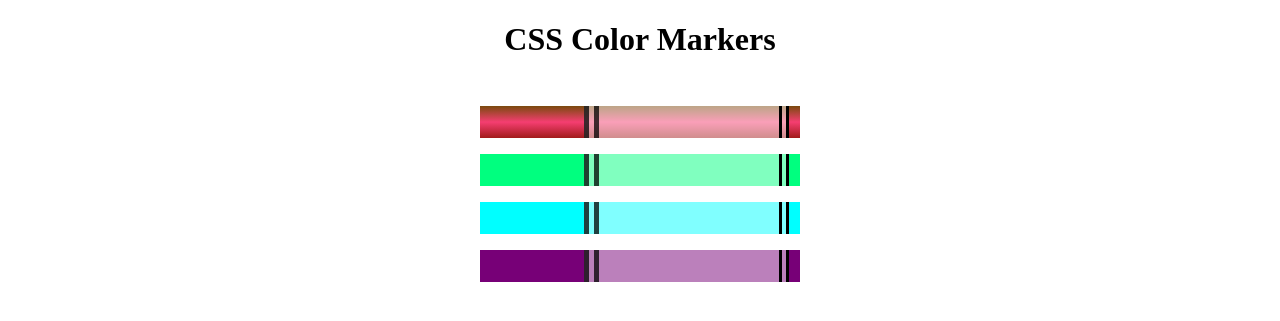
Repository: Lungdjos/color_markers
Page: index.html
The author's editor kept a copy of each file at every save. The page is drawn from the files as they stood at one save, then again after a run of saves.
The browser window is 1280 px wide. The pictures show the whole page.

Above is the page before, as saved 2023-09-28 11:33:26.

### index.html
<!DOCTYPE html>
<html lang="en">

<head>
    <meta charset="UTF-8">
    <meta name="viewport" content="width=device-width, initial-scale=1.0">
    <title>Colored Markers</title>
    <link rel="stylesheet" href="styles.css">
</head>

<body>
    <h1>CSS Color Markers</h1>
    <div class="container">
        <div class="marker orange">
            <div class="cap"></div>
            <div class="sleeve"></div>
        </div>
        <div class="marker green">
            <div class="cap"></div>
            <div class="sleeve"></div>
        </div>
        <div class="marker cyan">
            <div class="cap"></div>
            <div class="sleeve"></div>
        </div>
        <div class="marker purple">
            <div class="cap"></div>
            <div class="sleeve"></div>
        </div>
    </div>
</body>

</html>

### styles.css
/* STYLING */

h1 {
    text-align: center;
}

.marker {
    /* background-color: red; */
    width: 320px;
    height: 32px;
    margin: 16px auto;
}

.orange {
    background: linear-gradient(rgb(122, 74, 14), rgb(245, 62, 113), rgb(162, 27, 27));
}

.green {
    background-color: rgb(0, 255, 127);
    box-shadow: -5px -5px blurRadius green;
}

.cyan {
    background-color: #00ffff;
}

.purple {
    background-color: #707;
}

.container {
    background-color: hsl(255, 100%, 100%);
    margin: auto;
    padding: 10px 0px;
}

.sleeve {
    width: 180px;
    height: 32px;
    background-color: rgba(255, 255, 255, 0.5);
    border-left: 15px double rgba(0, 0, 0, 0.75);
    border-right: 10px double black;
}

.cap {
    width: 100px;
    height: 32px;
}

.cap,
.sleeve {
    display: inline-block;
}

After the next 4 saves:
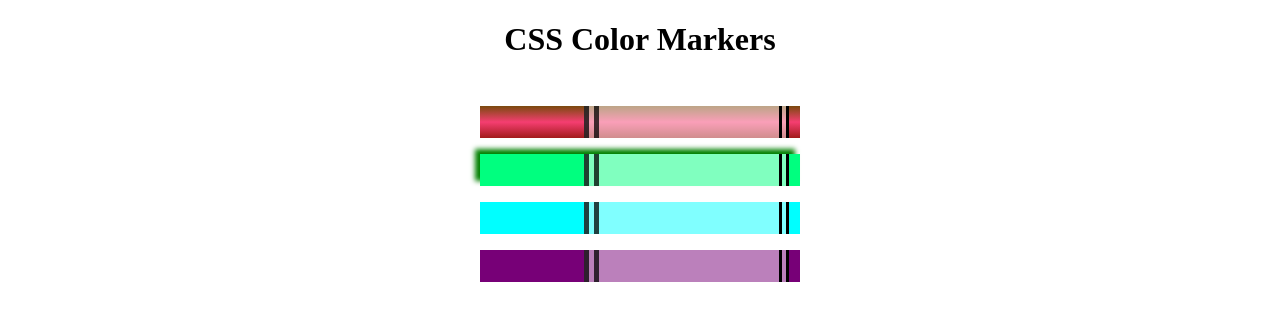
The 4 saves are shown as one change because they came seconds apart.
The last was saved 22 s later.
--- a/styles.css
+++ b/styles.css
@@ -17,7 +17,7 @@ h1 {
 
 .green {
     background-color: rgb(0, 255, 127);
-    box-shadow: -5px -5px blurRadius green;
+    box-shadow: -5px -5px 5px green;
 }
 
 .cyan {
